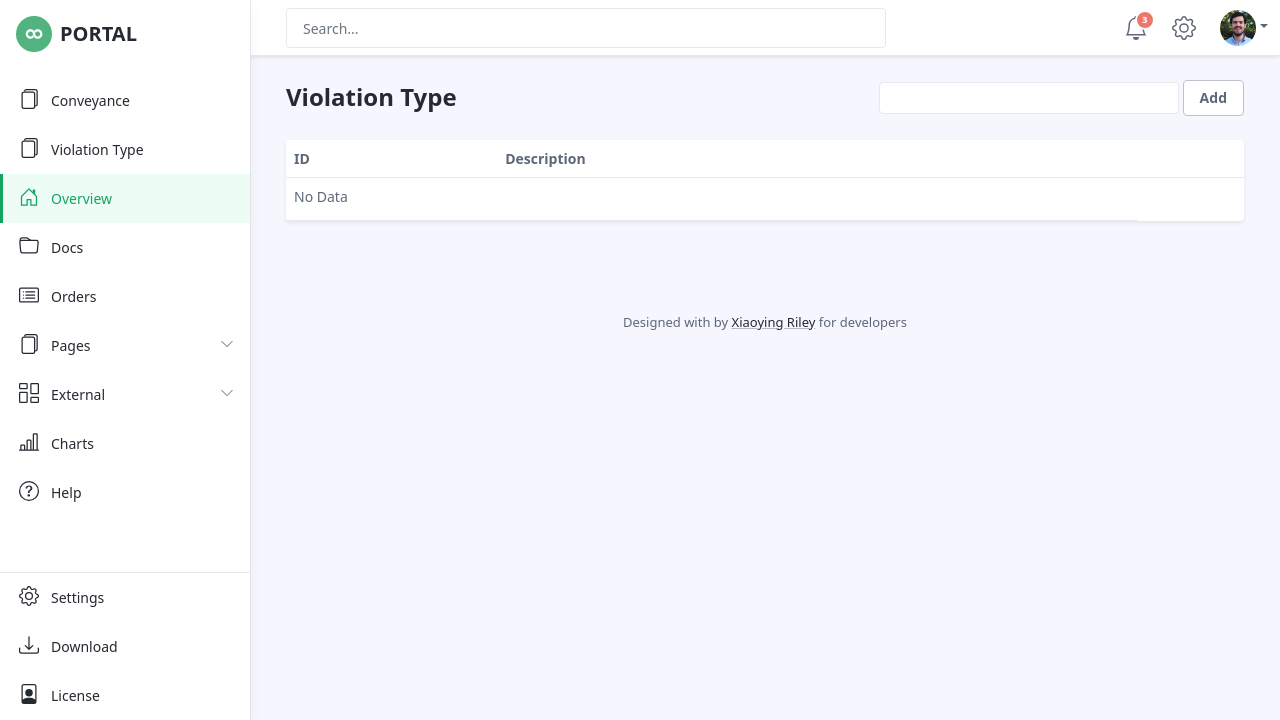
Repository: jaden14/quarry_vehicle
Page: http://localhost/violationtype
The author's editor kept a copy of each file at every save. The page is drawn from the files as they stood at one save, then again after the next save.
The browser window is 1280 px wide. The pictures show the whole page.
The page is served by the project's Laravel application, run on PHP 8.4 with Laravel 8. A made-up administrator, Test User (test@example.com), is signed in. Other server files are loaded and not shown. Queries for data that is not in the repository find no rows.

Above is the page before, as saved 2022-03-12 14:10:29.
Console error: TypeError: Cannot read properties of null (reading 'getContext')

### routes/web.php
<?php

use Illuminate\Http\Request;
use Illuminate\Support\Facades\DB;
use Illuminate\Support\Facades\Route;

use App\Http\Controllers\ConveyanceController;
use App\Http\Controllers\ViolationTypeController;

/*
|--------------------------------------------------------------------------
| Web Routes
|--------------------------------------------------------------------------
|
| Here is where you can register web routes for your application. These
| routes are loaded by the RouteServiceProvider within a group which
| contains the "web" middleware group. Now create something great!
|
*/

Route::get('/', function () {
    return view('auth.login');
});

Auth::routes();

Route::get('/home', [App\Http\Controllers\HomeController::class, 'index'])->name('home');


Route::middleware(['auth'])->group(function () {

    /**
     * Conveyance Route
     */
    Route::resource('/conveyance', ConveyanceController::class)->except([
        'create', 'show'
    ]);
    /**
     * Violation Type Route
     */
    Route::resource('/violationtype', ViolationTypeController::class)->except([
        'create', 'show'
    ]);

});

### app/Http/Controllers/ViolationTypeController.php
<?php

namespace App\Http\Controllers;

use App\Models\ViolationType;
use Illuminate\Http\Request;
use Session;

class ViolationTypeController extends Controller
{
    /**
     * Display a listing of the resource.
     *
     * @return \Illuminate\Http\Response
     */
    public function index()
    {
        $violationtypes = ViolationType::select('id', 'description')->paginate(20);

        return view('ViolationType.index', compact('violationtypes'));
    }

    /**
     * Show the form for creating a new resource.
     *
     * @return \Illuminate\Http\Response
     */
    public function create()
    {
        //
    }

    /**
     * Store a newly created resource in storage.
     *
     * @param  \Illuminate\Http\Request  $request
     * @return \Illuminate\Http\Response
     */
    public function store(Request $request)
    {
        $request->validate([
            'description'   => ['required', 'max:255', 'string']
        ]);

        ViolationType::create([
            'description'   =>  $request->description
        ]);

        \Session::flash('success', $request->description . ' has been added successfully.');

        return redirect()->route('violationtype.index');
    }

    /**
     * Display the specified resource.
     *
     * @param  int  $id
     * @return \Illuminate\Http\Response
     */
    public function show($id)
    {
        //
    }

    /**
     * Show the form for editing the specified resource.
     *
     * @param  int  $id
     * @return \Illuminate\Http\Response
     */
    public function edit(ViolationType $violationtype)
    {
        return view('ViolationType.edit', compact('violationtype'));
    }

    /**
     * Update the specified resource in storage.
     *
     * @param  \Illuminate\Http\Request  $request
     * @param  int  $id
     * @return \Illuminate\Http\Response
     */
    public function update(Request $request, ViolationType $violationtype)
    {
        $request->validate([
            'description'   => ['required', 'max:255', 'string']
        ]);

        $violationtype->update([
            'description'   =>  $request->description
        ]);

        \Session::flash('success', $request->description . ' modified successfully.');

        return redirect()->route('violationtype.index');
    }

    /**
     * Remove the specified resource from storage.
     *
     * @param  int  $id
     * @return \Illuminate\Http\Response
     */
    public function destroy(ViolationType $violationtype)
    {
        $violationtype->delete();

        // return to_route('conveyance.index');
        return redirect()->route('violationtype.index');
    }
}

### app/Models/ViolationType.php
<?php

namespace App\Models;

use Illuminate\Database\Eloquent\Factories\HasFactory;
use Illuminate\Database\Eloquent\Model;

class ViolationType extends Model
{
    use HasFactory;
    protected $fillable = ['description'];
}

### resources/views/ViolationType/index.blade.php
@extends('layouts.app')

@section('content')
<div class="container-xl">

    <div class="row g-3 mb-4 align-items-center justify-content-between">
        <div class="col-auto">
            <h1 class="app-page-title mb-0">Violation Type</h1>
        </div>
        <div class="col-auto">
            <div class="page-utilities">
                <div class="col-auto">
                        <form class="table-search-form row gx-1 align-items-center" action="{{ route('violationtype.store') }}" method="POST">
                            @csrf

                            <div class="col-auto">
                                <input type="text" name="description" class="form-control search-orders">
                            </div>
                            <div class="col-auto">
                                <button type="submit" class="btn app-btn-secondary">Add</button>
                            </div>
                        </form>

                    </div><!--//col-->
            </div><!--//table-utilities-->
        </div><!--//col-auto-->
    </div><!--//row-->


    <div class="tab-content" id="orders-table-tab-content">
        <div class="tab-pane fade show active" id="orders-all" role="tabpanel" aria-labelledby="orders-all-tab">
            <div class="app-card app-card-orders-table shadow-sm mb-5">
                <div class="app-card-body">
                    <div class="table-responsive">
                        <table class="table app-table-hover mb-0 text-left">
                            <thead>
                                <tr>
                                    <th class="cell">ID</th>
                                    <th class="cell">Description</th>
                                    <th class="cell"></th>
                                </tr>
                            </thead>
                            <tbody>
                                @forelse($violationtypes as $violationtype)
                                    <tr>
                                        <td class="cell">{{ $violationtype->id }}</td>
                                        <td class="cell"><span class="truncate">{{ $violationtype->description }}</span></td>
                                        <td class="cell">
                                            <form id="conveyance-delete" action="{{ route('violationtype.destroy', $violationtype) }}" method="POST">
                                                @csrf
                                                @method('DELETE')

                                                <a class="btn-sm app-btn-secondary m-2" href="{{ route('violationtype.edit', $violationtype) }}">Edit</a>

                                                <button class="btn-sm app-btn-secondary" type="submit">Delete</button>
                                            </form>
                                @empty
                                        </td>
                                    </tr>
                                    <tr>
                                        <td class="cell" colspan="2"><span class="truncate">No Data</span></td>
                                    </tr>
                                @endforelse
                            </tbody>
                        </table>
                    </div><!--//table-responsive-->

                </div><!--//app-card-body-->
            </div><!--//app-card-->
            <nav class="app-pagination">
                {{--  {!! $conveyances->links() !!}  --}}
            </nav><!--//app-pagination-->

        </div><!--//tab-pane-->
    </div><!--//tab-content-->
</div>
@endsection

### resources/views/layouts/app.blade.php
<!doctype html>
<html lang="en">
<head>
  <title>Portal</title>

    <!-- Meta -->
    <meta charset="utf-8">
    <meta http-equiv="X-UA-Compatible" content="IE=edge">
    <meta name="viewport" content="width=device-width, initial-scale=1.0">

    <meta name="description" content="Portal - Bootstrap 5 Admin Dashboard Template For Developers">
    <meta name="author" content="Xiaoying Riley at 3rd Wave Media">
    <link rel="shortcut icon" href="favicon.ico">

    <!-- App CSS -->
    {{-- <link rel="stylesheet" href="{{ asset('css/app.css') }}"> --}}
    <link rel="stylesheet" href="{{ asset('assets/css/portal.css') }}">

</head>
<body class="app" cz-shortcut-listen="true">
    <div id="app">
        <header class="app-header fixed-top">
            @include('layouts.components.navbar')
            @include('layouts.components.sidebar')
        </header>

        <div class="app-wrapper">
            <div class="app-content pt-3 p-md-3 p-lg-4" >
                @yield('content')
                <!--//container-fluid-->
            </div>
            @include('layouts.components.footer')
        </div>
    </div>
    <script src="{{ asset('assets/plugins/popper.min.js') }}"></script>
    <script src="{{ asset('assets/plugins/bootstrap/js/bootstrap.min.js') }}"></script>

    <!-- Charts JS -->
    <script src="{{ asset('assets/plugins/chart.js/chart.min.js') }}"></script>
    <script src="{{ asset('assets/js/index-charts.js') }}"></script>

    <!-- Page Specific JS -->
    <script src="{{ asset('assets/js/app.js') }}"></script>

</body>
</html>

### resources/views/layouts/components/navbar.blade.php
<div class="app-header-inner">
            <div class="container-fluid py-2">
                <div class="app-header-content">
                    <div class="row justify-content-between align-items-center">

                    <div class="col-auto">
                        <a id="sidepanel-toggler" class="sidepanel-toggler d-inline-block d-xl-none" href="#">
                            <svg xmlns="http://www.w3.org/2000/svg" width="30" height="30" viewBox="0 0 30 30" role="img"><title>Menu</title><path stroke="currentColor" stroke-linecap="round" stroke-miterlimit="10" stroke-width="2" d="M4 7h22M4 15h22M4 23h22"></path></svg>
                        </a>
                    </div><!--//col-->
                    <div class="search-mobile-trigger d-sm-none col">
                        <i class="search-mobile-trigger-icon fas fa-search"></i>
                    </div><!--//col-->
                    <div class="app-search-box col">
                        <form class="app-search-form">
                            <input type="text" placeholder="Search..." name="search" class="form-control search-input">
                            <button type="submit" class="btn search-btn btn-primary" value="Search"><i class="fas fa-search"></i></button>
                        </form>
                    </div><!--//app-search-box-->

                    <div class="app-utilities col-auto">
                        <div class="app-utility-item app-notifications-dropdown dropdown">
                            <a class="dropdown-toggle no-toggle-arrow" id="notifications-dropdown-toggle" data-bs-toggle="dropdown" href="#" role="button" aria-expanded="false" title="Notifications">
                                <!--//Bootstrap Icons: https://icons.getbootstrap.com/ -->
                                <svg width="1em" height="1em" viewBox="0 0 16 16" class="bi bi-bell icon" fill="currentColor" xmlns="http://www.w3.org/2000/svg">
  <path d="M8 16a2 2 0 0 0 2-2H6a2 2 0 0 0 2 2z"/>
  <path fill-rule="evenodd" d="M8 1.918l-.797.161A4.002 4.002 0 0 0 4 6c0 .628-.134 2.197-.459 3.742-.16.767-.376 1.566-.663 2.258h10.244c-.287-.692-.502-1.49-.663-2.258C12.134 8.197 12 6.628 12 6a4.002 4.002 0 0 0-3.203-3.92L8 1.917zM14.22 12c.223.447.481.801.78 1H1c.299-.199.557-.553.78-1C2.68 10.2 3 6.88 3 6c0-2.42 1.72-4.44 4.005-4.901a1 1 0 1 1 1.99 0A5.002 5.002 0 0 1 13 6c0 .88.32 4.2 1.22 6z"/>
</svg>
                                <span class="icon-badge">3</span>
                            </a><!--//dropdown-toggle-->

                            <div class="dropdown-menu p-0" aria-labelledby="notifications-dropdown-toggle">
                                <div class="dropdown-menu-header p-3">
                                    <h5 class="dropdown-menu-title mb-0">Notifications</h5>
                                </div><!--//dropdown-menu-title-->
                                <div class="dropdown-menu-content">
                                   <div class="item p-3">
                                        <div class="row gx-2 justify-content-between align-items-center">
                                            <div class="col-auto">
                                               <img class="profile-image" src="assets/images/profiles/profile-1.png" alt="">
                                            </div><!--//col-->
                                            <div class="col">
                                                <div class="info">
                                                    <div class="desc">Amy shared a file with you. Lorem ipsum dolor sit amet, consectetur adipiscing elit. </div>
                                                    <div class="meta"> 2 hrs ago</div>
                                                </div>
                                            </div><!--//col-->
                                        </div><!--//row-->
                                        <a class="link-mask" href="notifications.html"></a>
                                   </div><!--//item-->
                                   <div class="item p-3">
                                        <div class="row gx-2 justify-content-between align-items-center">
                                            <div class="col-auto">
                                                <div class="app-icon-holder">
                                                    <svg width="1em" height="1em" viewBox="0 0 16 16" class="bi bi-receipt" fill="currentColor" xmlns="http://www.w3.org/2000/svg">
      <path fill-rule="evenodd" d="M1.92.506a.5.5 0 0 1 .434.14L3 1.293l.646-.647a.5.5 0 0 1 .708 0L5 1.293l.646-.647a.5.5 0 0 1 .708 0L7 1.293l.646-.647a.5.5 0 0 1 .708 0L9 1.293l.646-.647a.5.5 0 0 1 .708 0l.646.647.646-.647a.5.5 0 0 1 .708 0l.646.647.646-.647a.5.5 0 0 1 .801.13l.5 1A.5.5 0 0 1 15 2v12a.5.5 0 0 1-.053.224l-.5 1a.5.5 0 0 1-.8.13L13 14.707l-.646.647a.5.5 0 0 1-.708 0L11 14.707l-.646.647a.5.5 0 0 1-.708 0L9 14.707l-.646.647a.5.5 0 0 1-.708 0L7 14.707l-.646.647a.5.5 0 0 1-.708 0L5 14.707l-.646.647a.5.5 0 0 1-.708 0L3 14.707l-.646.647a.5.5 0 0 1-.801-.13l-.5-1A.5.5 0 0 1 1 14V2a.5.5 0 0 1 .053-.224l.5-1a.5.5 0 0 1 .367-.27zm.217 1.338L2 2.118v11.764l.137.274.51-.51a.5.5 0 0 1 .707 0l.646.647.646-.646a.5.5 0 0 1 .708 0l.646.646.646-.646a.5.5 0 0 1 .708 0l.646.646.646-.646a.5.5 0 0 1 .708 0l.646.646.646-.646a.5.5 0 0 1 .708 0l.646.646.646-.646a.5.5 0 0 1 .708 0l.509.509.137-.274V2.118l-.137-.274-.51.51a.5.5 0 0 1-.707 0L12 1.707l-.646.647a.5.5 0 0 1-.708 0L10 1.707l-.646.647a.5.5 0 0 1-.708 0L8 1.707l-.646.647a.5.5 0 0 1-.708 0L6 1.707l-.646.647a.5.5 0 0 1-.708 0L4 1.707l-.646.647a.5.5 0 0 1-.708 0l-.509-.51z"/>
      <path fill-rule="evenodd" d="M3 4.5a.5.5 0 0 1 .5-.5h6a.5.5 0 1 1 0 1h-6a.5.5 0 0 1-.5-.5zm0 2a.5.5 0 0 1 .5-.5h6a.5.5 0 1 1 0 1h-6a.5.5 0 0 1-.5-.5zm0 2a.5.5 0 0 1 .5-.5h6a.5.5 0 1 1 0 1h-6a.5.5 0 0 1-.5-.5zm0 2a.5.5 0 0 1 .5-.5h6a.5.5 0 0 1 0 1h-6a.5.5 0 0 1-.5-.5zm8-6a.5.5 0 0 1 .5-.5h1a.5.5 0 0 1 0 1h-1a.5.5 0 0 1-.5-.5zm0 2a.5.5 0 0 1 .5-.5h1a.5.5 0 0 1 0 1h-1a.5.5 0 0 1-.5-.5zm0 2a.5.5 0 0 1 .5-.5h1a.5.5 0 0 1 0 1h-1a.5.5 0 0 1-.5-.5zm0 2a.5.5 0 0 1 .5-.5h1a.5.5 0 0 1 0 1h-1a.5.5 0 0 1-.5-.5z"/>
    </svg>
                                                </div>
                                            </div><!--//col-->
                                            <div class="col">
                                                <div class="info">
                                                    <div class="desc">You have a new invoice. Proin venenatis interdum est.</div>
                                                    <div class="meta"> 1 day ago</div>
                                                </div>
                                            </div><!--//col-->
                                        </div><!--//row-->
                                        <a class="link-mask" href="notifications.html"></a>
                                   </div><!--//item-->
                                   <div class="item p-3">
                                        <div class="row gx-2 justify-content-between align-items-center">
                                            <div class="col-auto">
                                                <div class="app-icon-holder icon-holder-mono">
                                                    <svg width="1em" height="1em" viewBox="0 0 16 16" class="bi bi-bar-chart-line" fill="currentColor" xmlns="http://www.w3.org/2000/svg">
  <path fill-rule="evenodd" d="M11 2a1 1 0 0 1 1-1h2a1 1 0 0 1 1 1v12h.5a.5.5 0 0 1 0 1H.5a.5.5 0 0 1 0-1H1v-3a1 1 0 0 1 1-1h2a1 1 0 0 1 1 1v3h1V7a1 1 0 0 1 1-1h2a1 1 0 0 1 1 1v7h1V2zm1 12h2V2h-2v12zm-3 0V7H7v7h2zm-5 0v-3H2v3h2z"/>
</svg>
                                                </div>
                                            </div><!--//col-->
                                            <div class="col">
                                                <div class="info">
                                                    <div class="desc">Your report is ready. Proin venenatis interdum est.</div>
                                                    <div class="meta"> 3 days ago</div>
                                                </div>
                                            </div><!--//col-->
                                        </div><!--//row-->
                                        <a class="link-mask" href="notifications.html"></a>
                                   </div><!--//item-->
                                   <div class="item p-3">
                                        <div class="row gx-2 justify-content-between align-items-center">
                                            <div class="col-auto">
                                               <img class="profile-image" src="assets/images/profiles/profile-2.png" alt="">
                                            </div><!--//col-->
                                            <div class="col">
                                                <div class="info">
                                                    <div class="desc">James sent you a new message.</div>
                                                    <div class="meta"> 7 days ago</div>
                                                </div>
                                            </div><!--//col-->
                                        </div><!--//row-->
                                        <a class="link-mask" href="notifications.html"></a>
                                   </div><!--//item-->
                                </div><!--//dropdown-menu-content-->

                                <div class="dropdown-menu-footer p-2 text-center">
                                    <a href="notifications.html">View all</a>
                                </div>

                            </div><!--//dropdown-menu-->
                        </div><!--//app-utility-item-->
                        <div class="app-utility-item">
                            <a href="settings.html" title="Settings">
                                <!--//Bootstrap Icons: https://icons.getbootstrap.com/ -->
                                <svg width="1em" height="1em" viewBox="0 0 16 16" class="bi bi-gear icon" fill="currentColor" xmlns="http://www.w3.org/2000/svg">
  <path fill-rule="evenodd" d="M8.837 1.626c-.246-.835-1.428-.835-1.674 0l-.094.319A1.873 1.873 0 0 1 4.377 3.06l-.292-.16c-.764-.415-1.6.42-1.184 1.185l.159.292a1.873 1.873 0 0 1-1.115 2.692l-.319.094c-.835.246-.835 1.428 0 1.674l.319.094a1.873 1.873 0 0 1 1.115 2.693l-.16.291c-.415.764.42 1.6 1.185 1.184l.292-.159a1.873 1.873 0 0 1 2.692 1.116l.094.318c.246.835 1.428.835 1.674 0l.094-.319a1.873 1.873 0 0 1 2.693-1.115l.291.16c.764.415 1.6-.42 1.184-1.185l-.159-.291a1.873 1.873 0 0 1 1.116-2.693l.318-.094c.835-.246.835-1.428 0-1.674l-.319-.094a1.873 1.873 0 0 1-1.115-2.692l.16-.292c.415-.764-.42-1.6-1.185-1.184l-.291.159A1.873 1.873 0 0 1 8.93 1.945l-.094-.319zm-2.633-.283c.527-1.79 3.065-1.79 3.592 0l.094.319a.873.873 0 0 0 1.255.52l.292-.16c1.64-.892 3.434.901 2.54 2.541l-.159.292a.873.873 0 0 0 .52 1.255l.319.094c1.79.527 1.79 3.065 0 3.592l-.319.094a.873.873 0 0 0-.52 1.255l.16.292c.893 1.64-.902 3.434-2.541 2.54l-.292-.159a.873.873 0 0 0-1.255.52l-.094.319c-.527 1.79-3.065 1.79-3.592 0l-.094-.319a.873.873 0 0 0-1.255-.52l-.292.16c-1.64.893-3.433-.902-2.54-2.541l.159-.292a.873.873 0 0 0-.52-1.255l-.319-.094c-1.79-.527-1.79-3.065 0-3.592l.319-.094a.873.873 0 0 0 .52-1.255l-.16-.292c-.892-1.64.902-3.433 2.541-2.54l.292.159a.873.873 0 0 0 1.255-.52l.094-.319z"/>
  <path fill-rule="evenodd" d="M8 5.754a2.246 2.246 0 1 0 0 4.492 2.246 2.246 0 0 0 0-4.492zM4.754 8a3.246 3.246 0 1 1 6.492 0 3.246 3.246 0 0 1-6.492 0z"/>
</svg>
                            </a>
                        </div><!--//app-utility-item-->

                        <div class="app-utility-item app-user-dropdown dropdown">
                            <a class="dropdown-toggle" id="user-dropdown-toggle" data-bs-toggle="dropdown" href="#" role="button" aria-expanded="false"><img src="assets/images/user.png" alt="user profile"></a>
                            <ul class="dropdown-menu" aria-labelledby="user-dropdown-toggle">
                                <li><a class="dropdown-item" href="account.html">Account</a></li>
                                <li><a class="dropdown-item" href="settings.html">Settings</a></li>
                                <li><hr class="dropdown-divider"></li>
                                <li><a class="dropdown-item" href="{{ route('logout') }}"
                                       onclick="event.preventDefault();
                                                     document.getElementById('logout-form').submit();">
                                        Logout
                                    </a>
                                    <form id="logout-form" action="{{ route('logout') }}" method="POST" style="display: none;">
                                        @csrf
                                    </form></li>

                            </ul>
                        </div><!--//app-user-dropdown-->
                    </div><!--//app-utilities-->
                </div><!--//row-->
                </div><!--//app-header-content-->
            </div><!--//container-fluid-->
        </div><!--//app-header-inner-->

### resources/views/layouts/components/footer.blade.php
 <footer class="app-footer">
             <div class="container text-center py-3">
                 <!--/* This template is free as long as you keep the footer attribution link. If you'd like to use the template without the attribution link, you can buy the commercial license via our website: themes.3rdwavemedia.com Thank you for your support. :) */-->
            <small class="copyright">Designed with <i class="fas fa-heart" style="color: #fb866a;"></i> by <a class="app-link" href="http://themes.3rdwavemedia.com" target="_blank">Xiaoying Riley</a> for developers</small>

            </div>
        </footer>

Loaded but not shown: app/Http/Controllers/Auth/ConfirmPasswordController.php (common file); app/Http/Controllers/Controller.php (common file); app/Models/User.php (common file); public/assets/css/portal.css (library); public/assets/plugins/popper.min.js (library); public/assets/plugins/bootstrap/js/bootstrap.min.js (library); public/assets/plugins/chart.js/chart.min.js (library); public/assets/images/app-logo.svg (21 lines, source omitted); public/assets/js/index-charts.js (223 lines, source omitted); public/assets/js/app.js (94 lines, source omitted); resources/views/layouts/components/sidebar.blade.php (197 lines, source omitted)

After the next save:
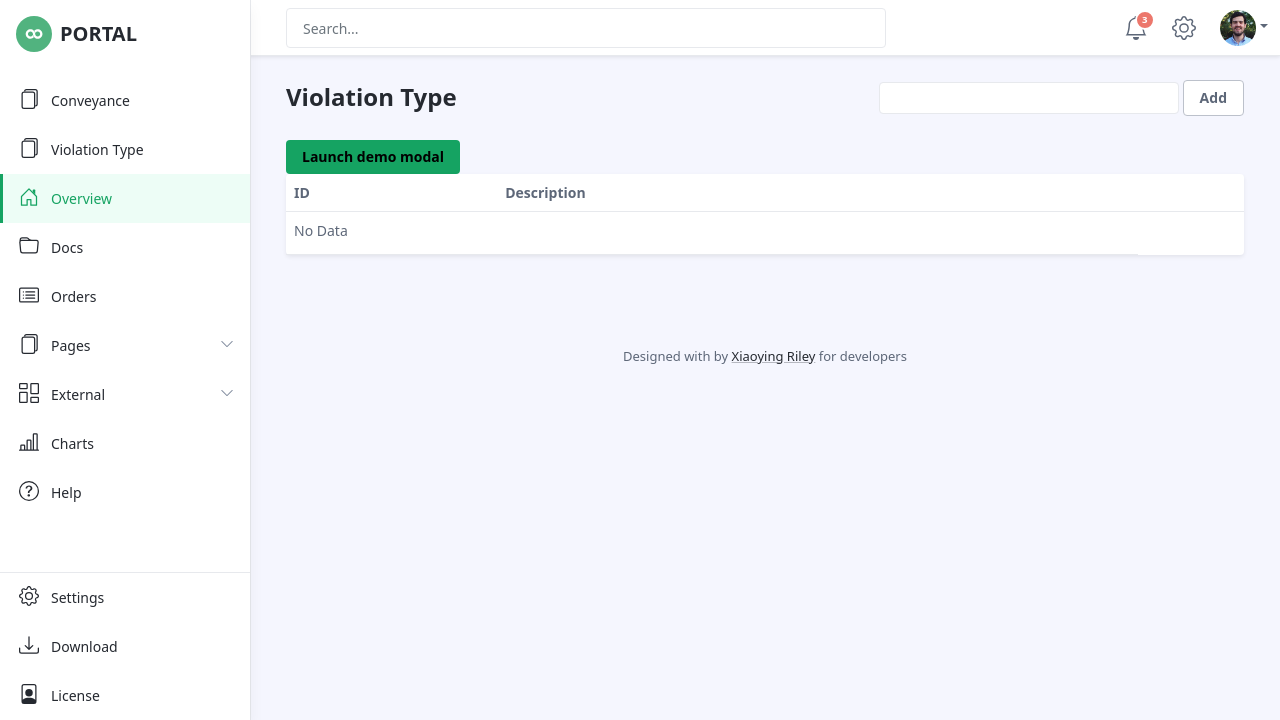
Saved 5 days later.
--- a/resources/views/ViolationType/index.blade.php
+++ b/resources/views/ViolationType/index.blade.php
@@ -25,6 +25,32 @@
             </div><!--//table-utilities-->
         </div><!--//col-auto-->
     </div><!--//row-->
+
+    <!-- Button trigger modal -->
+<button type="button" class="btn btn-primary" data-toggle="modal" data-target="#exampleModal">
+  Launch demo modal
+</button>
+
+<!-- Modal -->
+<div class="modal fade" id="exampleModal" tabindex="-1" role="dialog" aria-labelledby="exampleModalLabel" aria-hidden="true">
+  <div class="modal-dialog" role="document">
+    <div class="modal-content">
+      <div class="modal-header">
+        <h5 class="modal-title" id="exampleModalLabel">Modal title</h5>
+        <button type="button" class="close" data-dismiss="modal" aria-label="Close">
+          <span aria-hidden="true">&times;</span>
+        </button>
+      </div>
+      <div class="modal-body">
+        ...
+      </div>
+      <div class="modal-footer">
+        <button type="button" class="btn btn-secondary" data-dismiss="modal">Close</button>
+        <button type="button" class="btn btn-primary">Save changes</button>
+      </div>
+    </div>
+  </div>
+</div>
 
 
     <div class="tab-content" id="orders-table-tab-content">
